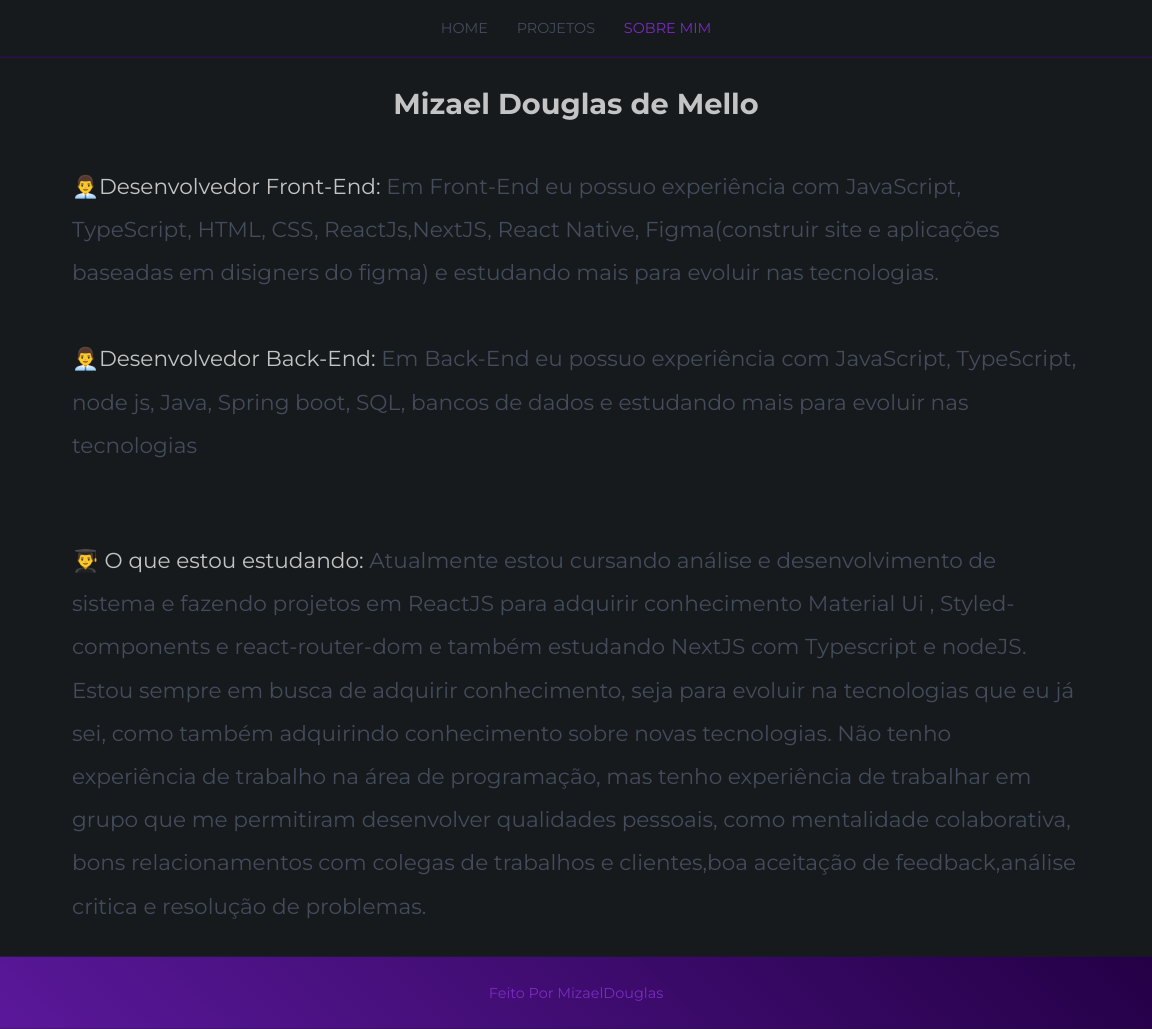
Repository: Mizaeldouglas/New-Portifolio
Page: /sobre
An editor plug-in stored every save of this project. The page is shown before and after the next save, followed by the edit.
The browser window is 1280 px wide. The pictures show the whole page, at 90% of full size.
The project was rebuilt for these pictures with package versions that can differ from the ones it lists, and the page was loaded fresh each time. The framework's server and built-in components were replaced by stand-ins that run in the browser. Also part of the build but not shown: next.config.js.

Above is the page before, as saved 2022-07-05 20:51:50.

After the next save:
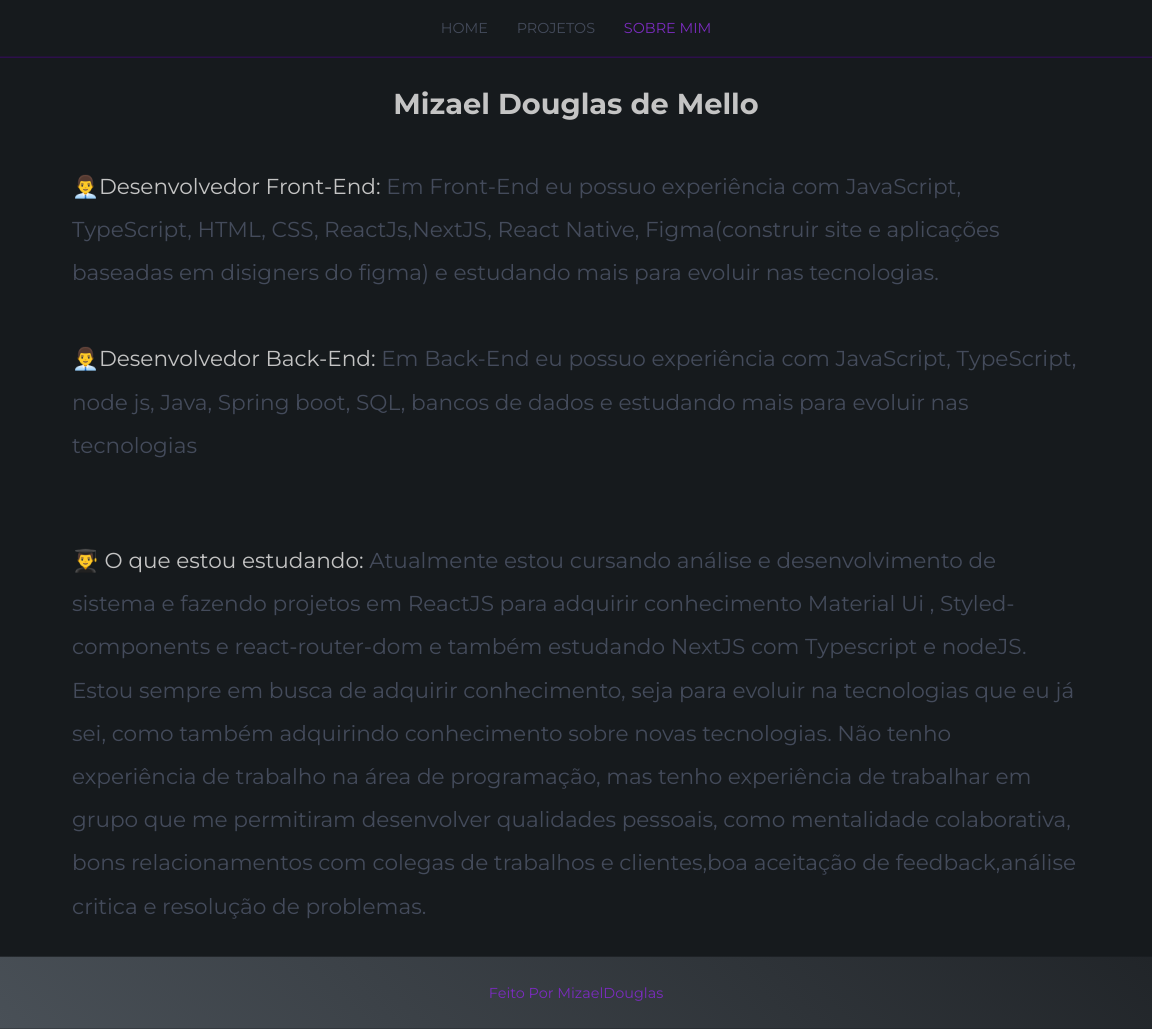
Saved 42 s later.
--- a/src/styles/theme.ts
+++ b/src/styles/theme.ts
@@ -3,7 +3,7 @@ const theme = {
   backgroundLight: '#3c096c',
   primary: '#7b2cbf',
   secondary: '#5a189a',
-  gradient: 'linear-gradient(225deg, #240046 0%, #5a189a 100%);',
+  gradient: 'linear-gradient(225deg, #212529 0%, #495057 100%);',
   text: '#848DA0',
   textHighlight: '#444B5B',
   textLight: '#C4C4C4',
